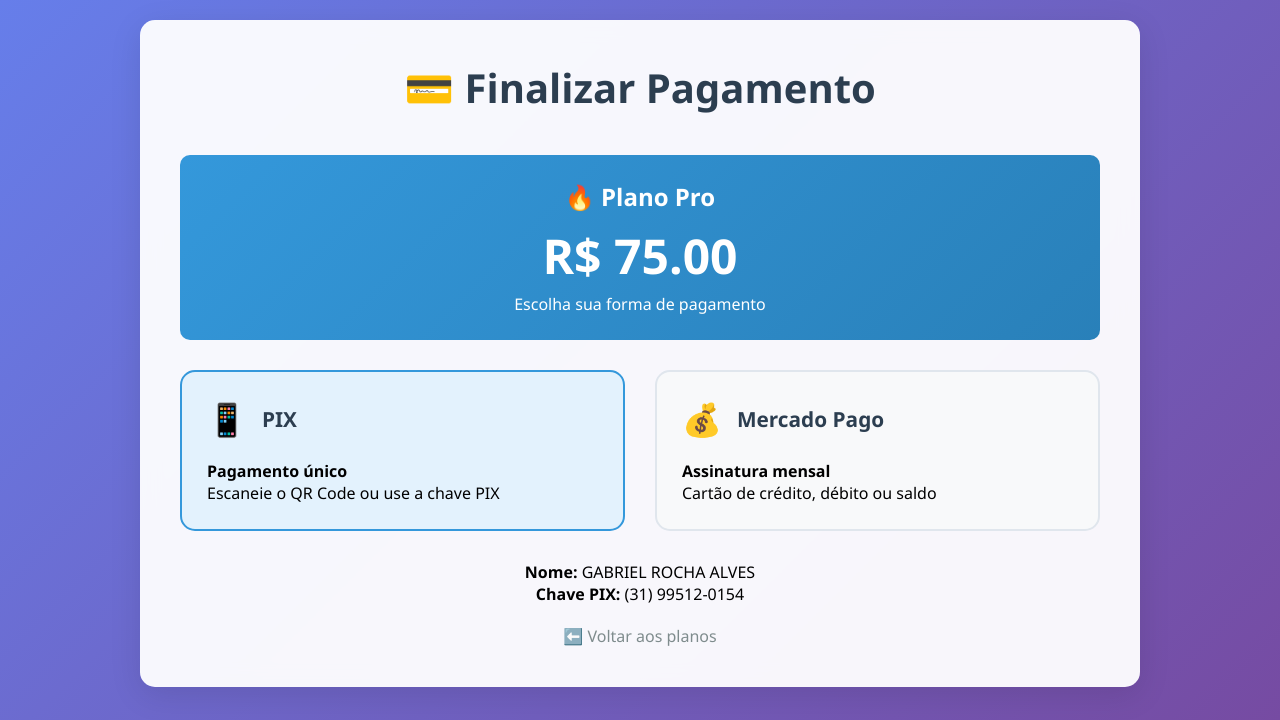
Repository: rocha1579/bi_dashboard
Page: http://localhost/pagamento/pro
An editor plug-in stored every save of this project. The page is shown before and after the next save, followed by the edit.
The browser window is 1280 px wide. The pictures show the whole page.
The page is served by the project's application, run on Flask 3 (app.py).

Above is the page before, as saved 2025-06-13 12:25:29.

After the next save:
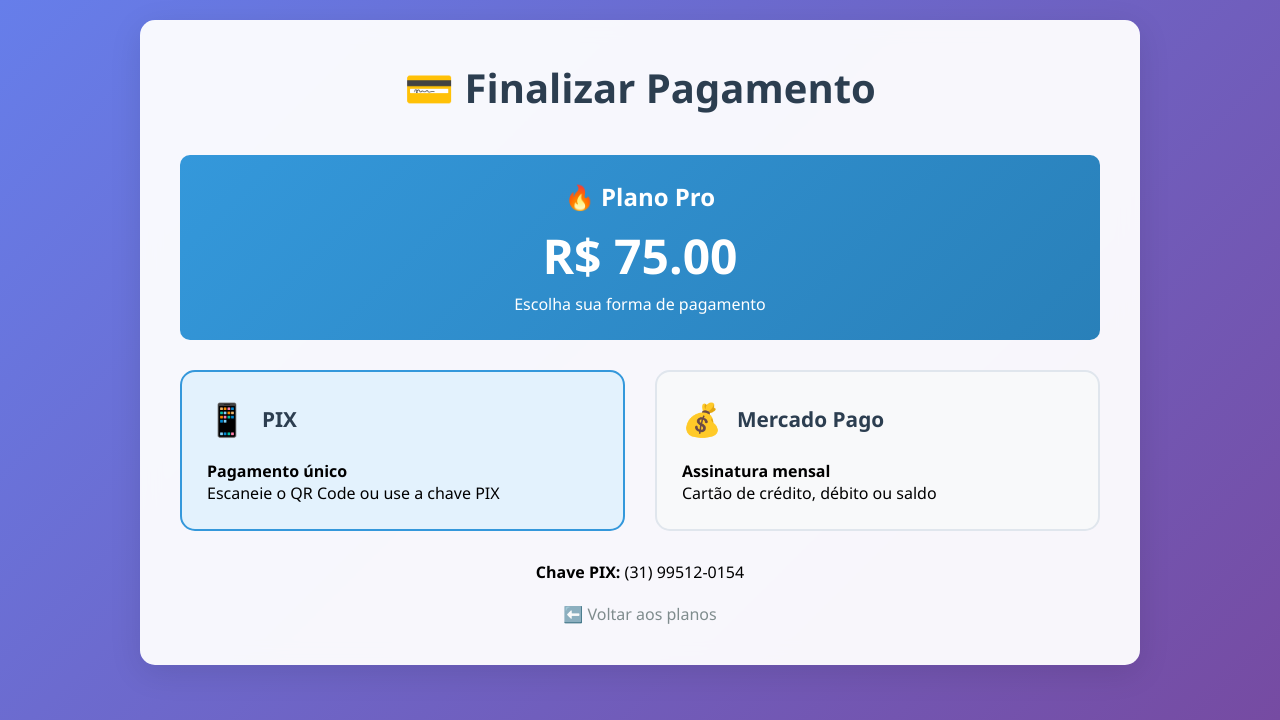
Saved 8 s later.
--- a/templates/pagamento.html
+++ b/templates/pagamento.html
@@ -212,7 +212,7 @@
             <img src="https://hebbkx1anhila5yf.public.blob.vercel-storage.com/image-5RZOigbFMaQ7g8JH1Gs9rmSpSKxWG9.png" alt="QR Code PIX Banco Inter" class="qr-code"> -->
 
             <div style="text-align: center; margin: 15px 0;">
-                <p><strong>Nome:</strong> GABRIEL ROCHA ALVES</p>
+                <!-- <p><strong>Nome:</strong> GABRIEL ROCHA ALVES</p> -->
                 <p><strong>Chave PIX:</strong> (31) 99512-0154</p>
             </div>
         </div>
